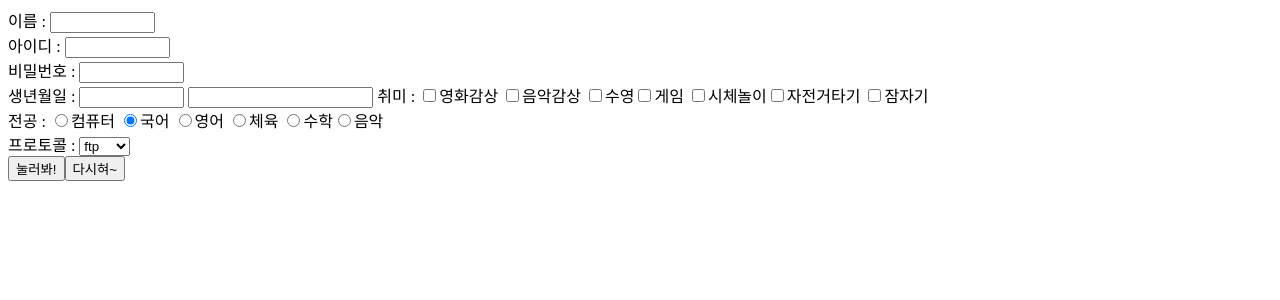
Repository: hyun5292/school
Page: JSP2-2/PSH_1005/PSH_1005_Last/WebContent/formex.html
An editor plug-in stored every save of this project. The page is shown before and after the next save, followed by the edit.
The browser window is 1280 px wide. The pictures show the whole page.

Above is the page before, as saved 2018-10-05 09:25:21.

### JSP2-2/PSH_1005/PSH_1005_Last/WebContent/formex.html
<!DOCTYPE html>
<html>
<head>
<meta charset="EUC-KR">
<title>Insert title here</title>
</head>
<body>
	<form action="FormEx" method="post">
		이름 : <input type="text" name="name" size="10"><br /> 아이디 : <input
			type="text" name="id" size="10"><br /> 비밀번호 : <input
			type="password" name="pw" size="10"><br />생년월일 : <input
			type="text" name="birth" size="10"> <input type="text" name="regnumber"> 취미 : <input
			type="checkbox" name="hobby" value="movie">영화감상 <input
			type="checkbox" name="hobby" value="music">음악감상 <input
			type="checkbox" name="hobby" value="swim">수영<input
			type="checkbox" name="hobby" value="game">게임 <input
			type="checkbox" name="hobby" value="zombie">시체놀이<input
			type="checkbox" name="hobby" value="bicycle">자전거타기 <input
			type="checkbox" name="hobby" value="sleep">잠자기<br /> 전공 : <input
			type="radio" name="major" size="10">컴퓨터 <input type="radio"
			name="major" size="10" value="kor" checked="checked">국어 <input
			type="radio" name="major" size="10" value="eng">영어 <input
			type="radio" name="major" size="10" value="phy">체육 <input
			type="radio" name="major" size="10" value="math">수학<input
			type="radio" name="major" size="10" value="mus">음악<br />
		프로토콜 : <select name="protocol">
			<option value="http">http</option>
			<option value="ftp" selected="selected">ftp</option>
			<option value="smtp">smtp</option>
			<option value="pop">pop</option>
		</select><br /> <input type="submit" value="눌러봐!"><input type="reset"
			value="다시혀~">
	</form>
</body>
</html>

After the next save:
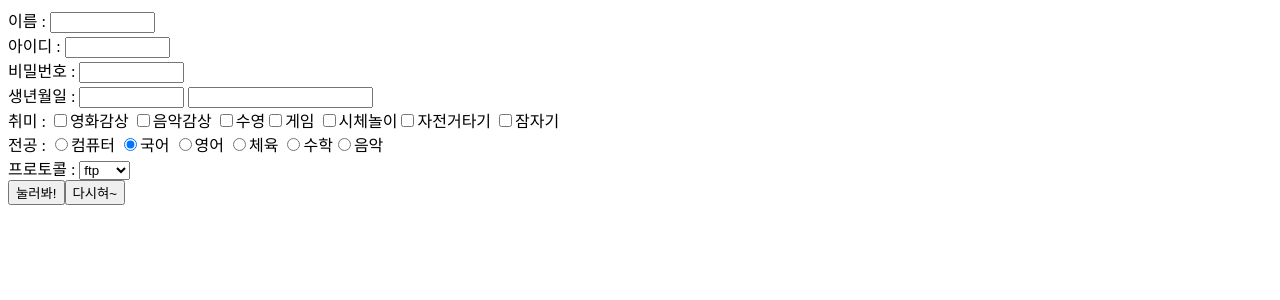
Saved 7 s later.
--- a/JSP2-2/PSH_1005/PSH_1005_Last/WebContent/formex.html
+++ b/JSP2-2/PSH_1005/PSH_1005_Last/WebContent/formex.html
@@ -9,7 +9,7 @@
 		이름 : <input type="text" name="name" size="10"><br /> 아이디 : <input
 			type="text" name="id" size="10"><br /> 비밀번호 : <input
 			type="password" name="pw" size="10"><br />생년월일 : <input
-			type="text" name="birth" size="10"> <input type="text" name="regnumber"> 취미 : <input
+			type="text" name="birth" size="10"> <input type="text" name="regnumber"><br /> 취미 : <input
 			type="checkbox" name="hobby" value="movie">영화감상 <input
 			type="checkbox" name="hobby" value="music">음악감상 <input
 			type="checkbox" name="hobby" value="swim">수영<input
